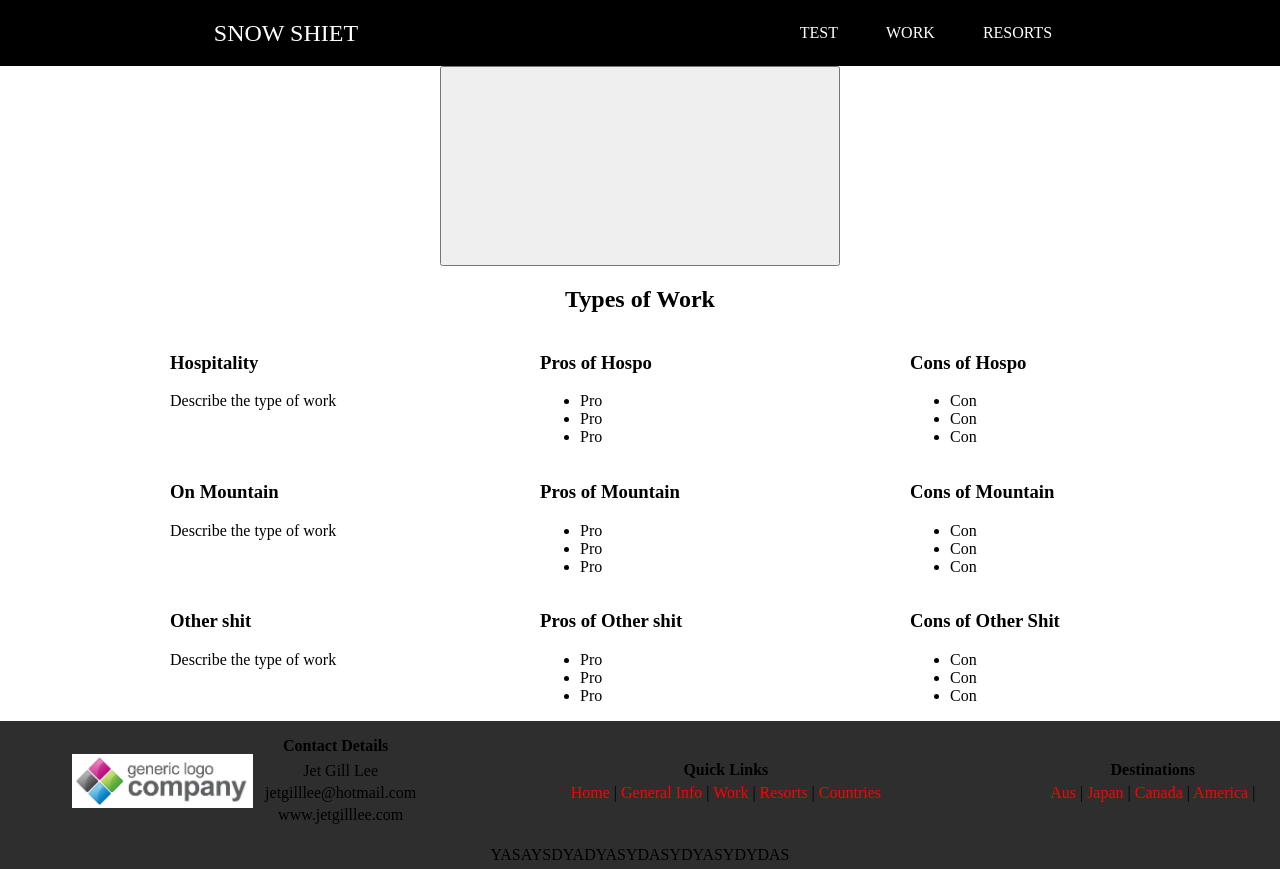
Repository: Jet-Gill-Lee/SnowSite
Page: work-overview.html
An editor plug-in stored every save of this project. The page is shown before and after the next save, followed by the edit.
The browser window is 1280 px wide. The pictures show the whole page.

Above is the page before, as saved 2021-07-25 00:11:14.

### work-overview.html
<!DOCTYPE html>
<html lang="en">
<head>
    <meta charset="UTF-8">
    <meta http-equiv="X-UA-Compatible" content="IE=edge">
    <meta name="viewport" content="width=device-width, initial-scale=1.0">
    <link rel="stylesheet" href="css/stylesheet.css">
    <script src='navbar.js' defer></script>
    <title>SnowSite</title>
</head>
<body>
<!-- PAGE HEADER -->

  <!-- TOP NAVIGATION BAR -->
  <div class="navbar">
    <div class="brand-title"><a href='index.html'>SNOW SHIET</a></div>
      <a href='#' class='toggle-button'>
      <span class="bar"></span>
      <span class="bar"></span>
      <span class="bar"></span></a>
    <div class="navbar-links">
      <ul>
        <li><a href="submit-stuff.html">TEST</a></li>
        <li><a href="work-overview.html">WORK</a></li>
        <li><a href="resorts-overview.html">RESORTS</a></li>
      </ul>
    </div>
  </div>
  <button id="brodie-button" style='width:400px;height:200px;margin:auto;display:block'></button>
<!-- MAIN -->
  <div id="page-main">
    <div id="main-info">
      <!-- TYPES OF WORK -->
        <section id="work-section">
        <div id="main-work-div">
            <div class="section-header">
                <h2>Types of Work</h2>
            </div>
            <div class="work-option">
                <div class="work-option-name">
                <h3>Hospitality</h3>
                <p>Describe the type of work</p>
                </div>
                <div class="work-option-pros">
                    <h3>
                        Pros of Hospo
                    </h3>
                    <ul>
                        <li>Pro</li>
                        <li>Pro</li>
                        <li>Pro</li>
                    </ul>
                </div>
                <div class="work-option-cons">
                    <h3>
                        Cons of Hospo
                    </h3>
                    <ul>
                        <li>Con</li>
                        <li>Con</li>
                        <li>Con</li>
                    </ul>
                </div>
            </div>
            <div class="work-option">
                <div class="work-option-name">
                <h3>On Mountain</h3>
                <p>Describe the type of work</p>
                </div>
                <div class="work-option-pros">
                    <h3>
                        Pros of Mountain
                    </h3>
                    <ul>
                        <li>Pro</li>
                        <li>Pro</li>
                        <li>Pro</li>
                    </ul>
                </div>
                <div class="work-option-cons">
                    <h3>
                        Cons of Mountain
                    </h3>
                    <ul>
                        <li>Con</li>
                        <li>Con</li>
                        <li>Con</li>
                    </ul>
                </div>
            </div>
            <div class="work-option">
                <div class="work-option-name">
                <h3>
                    Other shit
                </h3>
                <p>Describe the type of work</p>
                </div>
                <div class="work-option-pros">
                    <h3>
                        Pros of Other shit
                    </h3>
                    <ul>
                        <li>Pro</li>
                        <li>Pro</li>
                        <li>Pro</li>
                    </ul>
                </div>
                <div class="work-option-cons">
                    <h3>
                        Cons of Other Shit
                    </h3>
                    <ul>
                        <li>Con</li>
                        <li>Con</li>
                        <li>Con</li>
                    </ul>
                </div>
            </div>
        </div>
        </section>
      <!-- TYPES OF RESORTS -->
        <section id="resort-info">
          <div id="resorts-main">
          </div>
        </section>
    <!-- FOOTER -->
    <div class="footer">
      <div class='footer-flex-container'>
        <div class="footer-flex-item contact">
          <img src="./image/generic-logo.jpg" alt="" srcset="" style='width:50%'>
          <div class="text-wrapper">
          <h4>Contact Details</h3>
          <p>Jet Gill Lee</p>
          <p>jetgilllee@hotmail.com
          </p>
          <p>www.jetgilllee.com</p>
          </div>
        </div>
        <div class="footer-flex-item flex-gen-links">
          <div class='link-wrapper'>
            <h4>Quick Links</h4>
          <a href="index.html">Home</a> <span> | </span>
          <a href="general-info.html">General Info</a><span> | </span>
          <a href="work-overview.html">Work</a><span> | </span>
          <a href="resorts-overview.html">Resorts</a><span> | </span>
          <a href="country-splash.html">Countries</a>
          </div>
        </div>
        <div class="footer-flex-item flex-links">
          <div class="link-wrapper">
              <h4>Destinations</h4>
            <a href="country.html">Aus</a> <span> | </span>
            <a href="country.html">Japan</a> <span> | </span>
            <a href="country.html">Canada</a> <span> | </span>
            <a href="country.html">America</a> <span> | </span>
          </div>
        </div>
      </div>
      <div class="copyright">YASAYSDYADYASYDASYDYASYDYDAS</div>
</body>
</html>

### css/stylesheet.css
body {
  margin:0;
  padding:0;
}
* {
  box-sizing: border-box;
}
.hero {
  background: url('../image/background-desktop.jpg');
  background-repeat: no-repeat;
  background-size: cover;
  background-position: 50% 0;
  height: 100vh;
}
.navbar {
  display: flex;
  background-color: rgba(0, 0, 0);
  justify-content: space-around;
  align-items: center;
  box-sizing: unset;
}
.brand-title {
  font-size: 1.5rem;
  height: 100%;
}
.brand-title a{
  color: white;
  text-decoration: none;
  padding: 10px;
  display:block;
}
.navbar-links {
  height: 100%;
  align-items: center;
  justify-content: space-around;
}
.navbar-links ul{
  display: flex;
  list-style: none;
  padding: 0;
}
.navbar-links li a {
  padding: 0.5rem 1.5rem;
  text-decoration: none;
  display:block;
  color:white;
}
.navbar-links ul li a:hover {
  background-color: rgba(255, 255, 255, 0.178);
}

.toggle-button {
  display: none;
  flex-direction: column;
  justify-content: space-between;
  width: 30px;
  height: 20px;
  position: absolute;
  top: 1rem;
  right: 1.5rem;
}
.toggle-button .bar {
  width: 100%;
  height: 3px;
  background-color: white;
  border-radius: 10px;
}
.hero-content {
  margin-left: 20%;
  padding-top: 12vh;
}
.hero-text {
  width:45%;
  font-size: 3rem;
  display:none;
}
.hero-text.active {
  display: block;
}
.footer-flex-container {
  display: flex;
  flex-wrap: wrap;
  justify-content: space-between;
}
/* WORK OVERVIEW PAGE */

#main-work-div {
  display:flex;
  flex-direction: column;
  align-items: center;
}
.work-option {
  display: flex;
  width: 100%;
  justify-content: space-evenly;

}
.work-option-name {
  width:200px;
}
.work-option-pros {
  width: 200px;
}
.work-option-cons {
  width: 200px;
}
#main-work-div h2 {
  text-align: center;
  align-self: flex-start;

}

/* FOOTER */
.footer {
  background-color: rgba(14, 13, 13, 0.863);
}
.footer-flex-item {
  min-width: 300px;
  width: 33.3%;
  display:flex;
  align-items: center;
  justify-content: center;
  min-height: 120px;
  text-align: center;
  padding-left: 5%;;
}
.footer-flex-item.flex-links {
 flex: 0.7
}
.footer-flex-item a{
  text-decoration: none;
  color:red;
}
.footer-flex-item a:visited{
  text-decoration: none;
  color: red;
}
.footer-flex-item p {
  padding: 2px;
  margin-bottom: 0;
  margin-top: 0;
  margin-left: 10px;
}
.footer-flex-item h4 {
  margin-top: 0;
  margin-bottom: 5px;
}
.copyright {
  text-align: center;
  width: 100%;
  padding: 5px;

}

@media (max-width: 900px) {
  .hero {
    height: 70vh;
  }
  .navbar-links {
    display:none;
    width: 100%;
  }
  .toggle-button {
    display: flex;
  }
  .hero-content {
    padding-top: 6vh;
  }
  .hero-text {
    position: absolute;
    top: 100px;
    z-index: 1;
  }
  .brand-title {
    padding-left: 20px;
  }
  .navbar {
    flex-direction: column;
    align-items: flex-start;
  }
  .navbar-links ul {
    flex-direction: column;
    align-items: center;
    width: 100%;
  }
  .navbar-links ul li {
    width: 100%;
    text-align: center;
  }
  .navbar-links.active {
    display: flex;
    z-index: 10;
  }
  .footer-flex-container{
    flex-wrap: wrap;
    justify-content: center;
  }
  .footer-flex-item.contact {
    order: 3;
  }
}
@media (max-width: 400px) {
 .hero {
   height: 50vh;
 }
 .hero-content {
   margin: 20px;
 }
 .hero-text {
   padding-top: 10px;
   top: 50px;
   width: 80%;
   word-wrap: break-word;
 }
}

### navbar.js
const toggleButton = document.getElementsByClassName('toggle-button')[0];
const navBarLinks = document.getElementsByClassName('navbar-links')[0];

toggleButton.addEventListener('click', () => {
  navBarLinks.classList.toggle('active')
});


const brodieButton = document.getElementById('brodie-button');
const brodieBitch = document.getElementsByClassName('hero-text')[0]
brodieButton.addEventListener('click', () => {
  brodieBitch.classList.toggle('active')
});

After the next save:
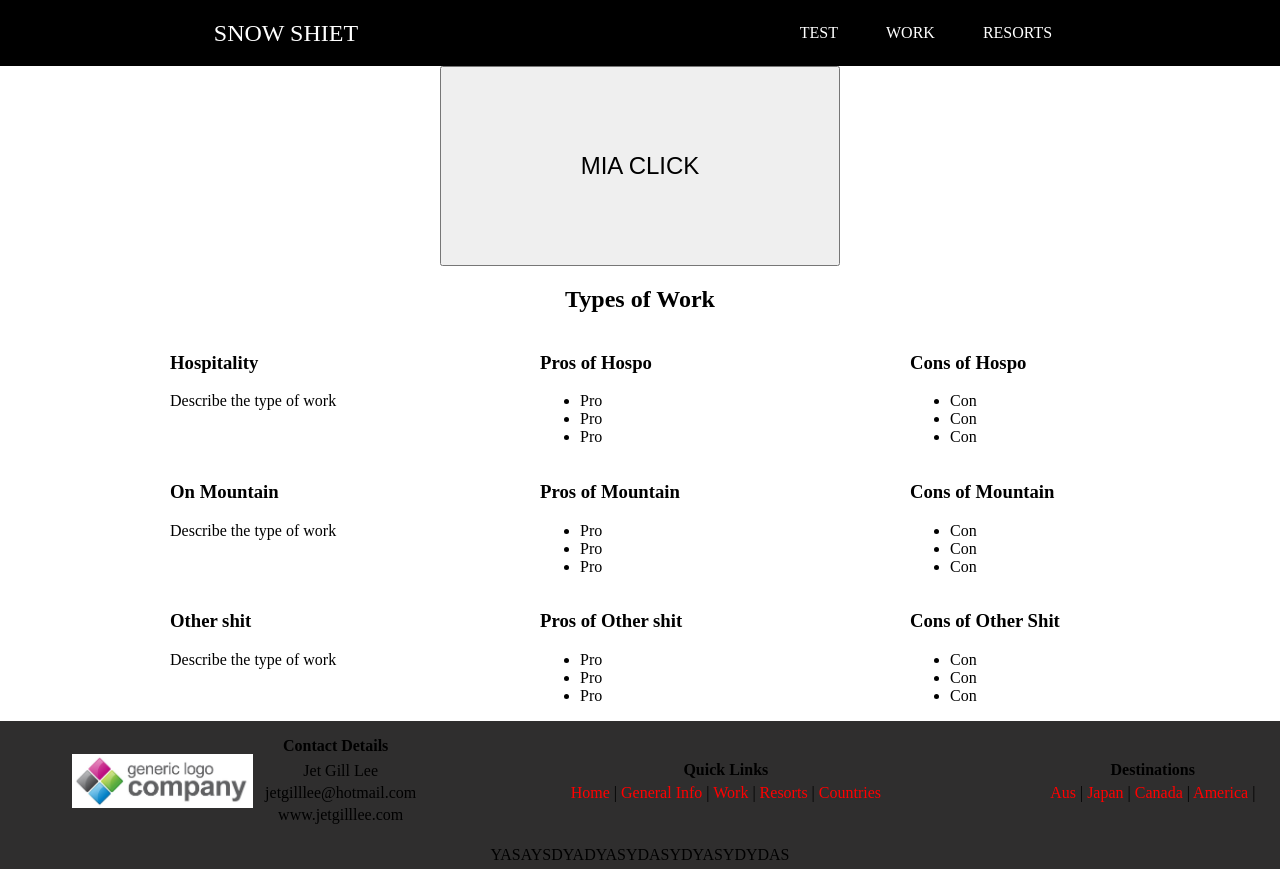
Saved 18 s later.
--- a/work-overview.html
+++ b/work-overview.html
@@ -26,7 +26,7 @@
       </ul>
     </div>
   </div>
-  <button id="brodie-button" style='width:400px;height:200px;margin:auto;display:block'></button>
+  <button id="brodie-button" style='width:400px;height:200px;margin:auto;display:block;font-size:x-large'>MIA CLICK</button>
 <!-- MAIN -->
   <div id="page-main">
     <div id="main-info">
